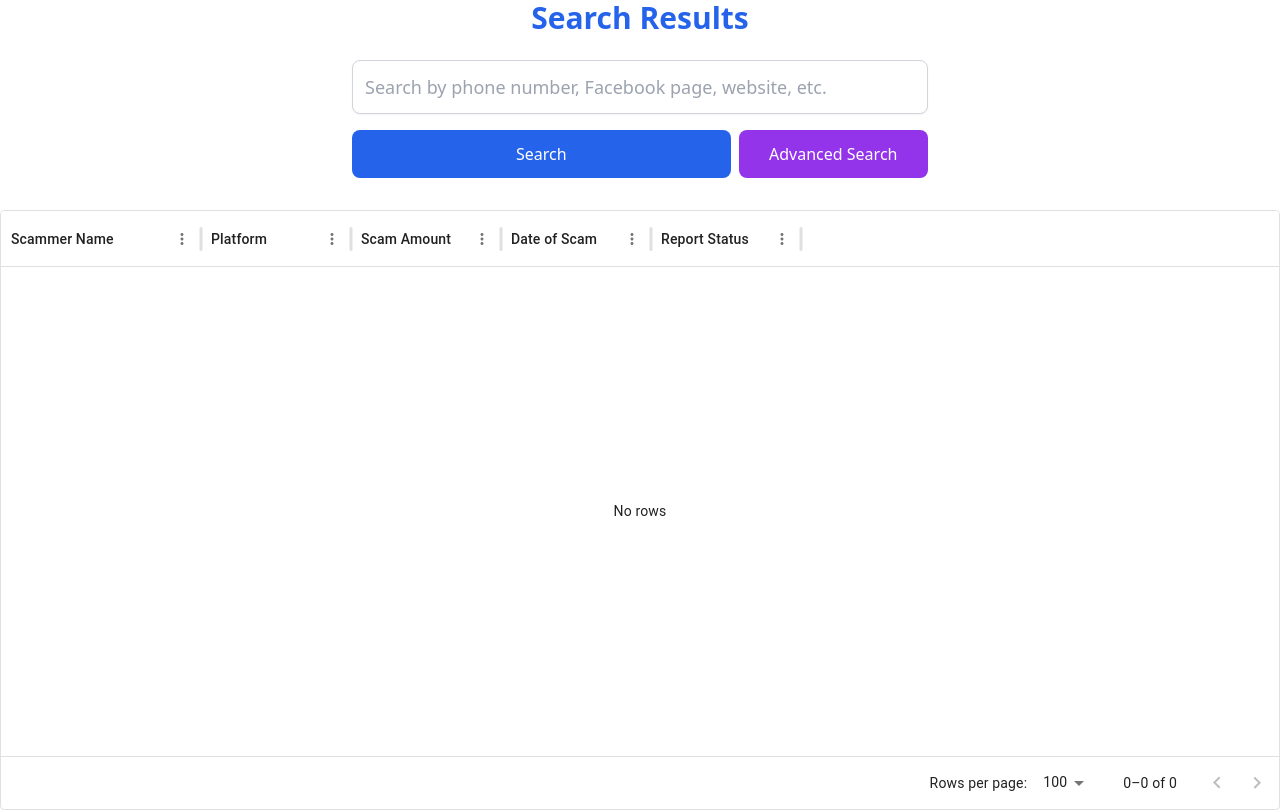
Repository: dev-athar/protarok
Page: /advanced-search
The author's editor kept a copy of each file at every save. The page is drawn from the files as they stood at one save, then again after the next save.
The browser window is 1280 px wide. The pictures show the whole page.
The project was rebuilt for these pictures with package versions that can differ from the ones it lists, and the page was loaded fresh each time. Also part of the build but not shown: vite.config.ts, src/pages/RecentScamsList.tsx, src/pages/HomePage.tsx, src/pages/SubmitScamPage.tsx, src/pages/ImageUploader.tsx, src/pages/SearchPage.tsx.

Above is the page before, as saved 2025-01-01 13:34:19.

### src/main.tsx
import { StrictMode } from "react";
import { createRoot } from "react-dom/client";
import "./index.css";
// import "./styles.css";
import App from "./App.tsx";

createRoot(document.getElementById("root")!).render(
  <StrictMode>
    <App />
  </StrictMode>
);

### src/App.tsx
// src/App.js
import { BrowserRouter as Router, Routes, Route } from "react-router-dom";
import HomePage from "./pages/HomePage";
import SubmitScamPage from "./pages/SubmitScamPage";
import ImageUploader from "./pages/ImageUploader";
import AdvancedSearchPage from "./pages/AdvancedSearchPage";
import SearchPage from "./pages/SearchPage";

function App() {
  return (
    <Router>
      <Routes>
        <Route path="/" element={<HomePage />} />
        <Route path="/search" element={<SearchPage />} />
        <Route path="/advanced-search" element={<AdvancedSearchPage />} />
        <Route path="/submit-scam" element={<SubmitScamPage />} />
        <Route path="/test" element={<ImageUploader />} />
      </Routes>
    </Router>
  );
}

export default App;

### src/pages/AdvancedSearchPage.tsx
//    scamProfileName: "Scammer1",
// platform: "Social Media",
// scamAmount: "$500",
// dateOfScam: "2024-12-20",
// reportStatus: "Pending",

import React, { useState, useEffect } from "react";
import { DataGrid } from "@mui/x-data-grid";
import { useLocation } from "react-router-dom";
import SearchBar from "./SearchBar";
import { supabase } from "../supabase"; // Ensure you have the supabase client setup

const AdvancedSearchPage = () => {
  const location = useLocation();
  const queryParams = new URLSearchParams(location.search);
  const initialSearchTerm = queryParams.get("query") || "";
  const [searchTerm, setSearchTerm] = useState(initialSearchTerm);
  const [searchResults, setSearchResults] = useState([]);
  const [loading, setLoading] = useState(false);

  useEffect(() => {
    const fetchSearchResults = async () => {
      if (searchTerm.trim() === "") {
        setSearchResults([]);
        return;
      }

      setLoading(true);

      try {
        const { data, error } = await supabase
          .from("scamReports")
          .select(
            "scamProfileName, platform, scamAmount, dateOfScam, reportStatus"
          )
          .ilike("scamProfileName", `%${searchTerm}%`);

        if (error) throw error;

        setSearchResults(data);
      } catch (error) {
        console.error("Error fetching search results:", error);
        setSearchResults([]);
      } finally {
        setLoading(false);
      }
    };

    fetchSearchResults();
  }, [searchTerm]);

  const handleSearch = (newSearchTerm) => {
    setSearchTerm(newSearchTerm);
  };

  const columns = [
    { field: "scamProfileName", headerName: "Scammer Name", width: 200 },
    { field: "platform", headerName: "Platform", width: 150 },
    { field: "scamAmount", headerName: "Scam Amount", width: 150 },
    { field: "dateOfScam", headerName: "Date of Scam", width: 150 },
    { field: "reportStatus", headerName: "Report Status", width: 150 },
  ];

  return (
    <div>
      <header className="text-center mb-6">
        <h1 className="text-3xl font-bold text-blue-600">Search Results</h1>
      </header>
      <SearchBar onSearch={handleSearch} initialQuery={searchTerm} />
      <div style={{ height: 600, width: "100%", backgroundColor: "white" }}>
        <DataGrid
          rows={searchResults}
          columns={columns}
          pageSize={5}
          rowsPerPageOptions={[5, 10, 20]}
          loading={loading}
          getRowId={(row) => row.scamProfileName}
          disableSelectionOnClick
        />
      </div>
    </div>
  );
};

export default AdvancedSearchPage;

### src/pages/SearchBar.tsx
// src/components/SearchBar.js
import { useState, useEffect } from "react";
import { useNavigate } from "react-router-dom";

function SearchBar({ initialQuery = "", onSearch }) {
  const [searchTerm, setSearchTerm] = useState(initialQuery);
  const navigate = useNavigate();

  useEffect(() => {
    setSearchTerm(initialQuery);
  }, [initialQuery]);

  const handleSearch = () => {
    if (searchTerm.trim() !== "") {
      navigate(`/search?query=${encodeURIComponent(searchTerm)}`);
      if (onSearch) onSearch(searchTerm);
    }
  };

  const handleAdvancedSearch = () => {
    if (searchTerm.trim() !== "") {
      navigate(`/advanced-search?query=${encodeURIComponent(searchTerm)}`);
      if (onSearch) onSearch(searchTerm);
    }
  };

  return (
    <div className="max-w-xl mx-auto mb-8">
      <input
        type="text"
        className="w-full p-3 text-lg border border-gray-300 rounded-lg shadow-sm focus:outline-none focus:ring-2 focus:ring-blue-500"
        placeholder="Search by phone number, Facebook page, website, etc."
        value={searchTerm}
        onChange={(e) => setSearchTerm(e.target.value)}
        onKeyDown={(e) => e.key === "Enter" && handleSearch()}
      />
      <div className="flex justify-between items-center mt-4">
        <button
          onClick={handleSearch}
          className="w-2/3 bg-blue-600 text-white py-3 px-4 rounded-lg hover:bg-blue-700 transition duration-300 mr-2"
        >
          Search
        </button>
        <button
          onClick={handleAdvancedSearch}
          className="w-1/3 bg-purple-600 text-white py-3 px-4 rounded-lg hover:bg-purple-700 transition duration-300"
        >
          Advanced Search
        </button>
      </div>
    </div>
  );
}

export default SearchBar;

### src/supabase.js
// src/supabase.js
import { createClient } from "@supabase/supabase-js";

// Replace with your Supabase project details
const SUPABASE_URL = "https://sifneaujnvssmmholqep.supabase.co";
const SUPABASE_ANON_KEY =
  "eyJhbGciOiJIUzI1NiIsInR5cCI6IkpXVCJ9.eyJpc3MiOiJzdXBhYmFzZSIsInJlZiI6InNpZm5lYXVqbnZzc21taG9scWVwIiwicm9sZSI6ImFub24iLCJpYXQiOjE3MzU1Nzg3OTYsImV4cCI6MjA1MTE1NDc5Nn0.zF7HMOg0-BrktsjLbYnVq5kqcp5-WHRwPWzEX9ggRew";

export const supabase = createClient(SUPABASE_URL, SUPABASE_ANON_KEY);

### tailwind.config.js
/** @type {import('tailwindcss').Config} */
// export default {
module.exports = {
  content: ["./index.html", "./src/**/*.{js,ts,jsx,tsx}"],
  theme: {
    extend: {},
  },
  plugins: [],
};

Loaded but not shown: index.html (common file); src/index.css (common file)

After the next save:
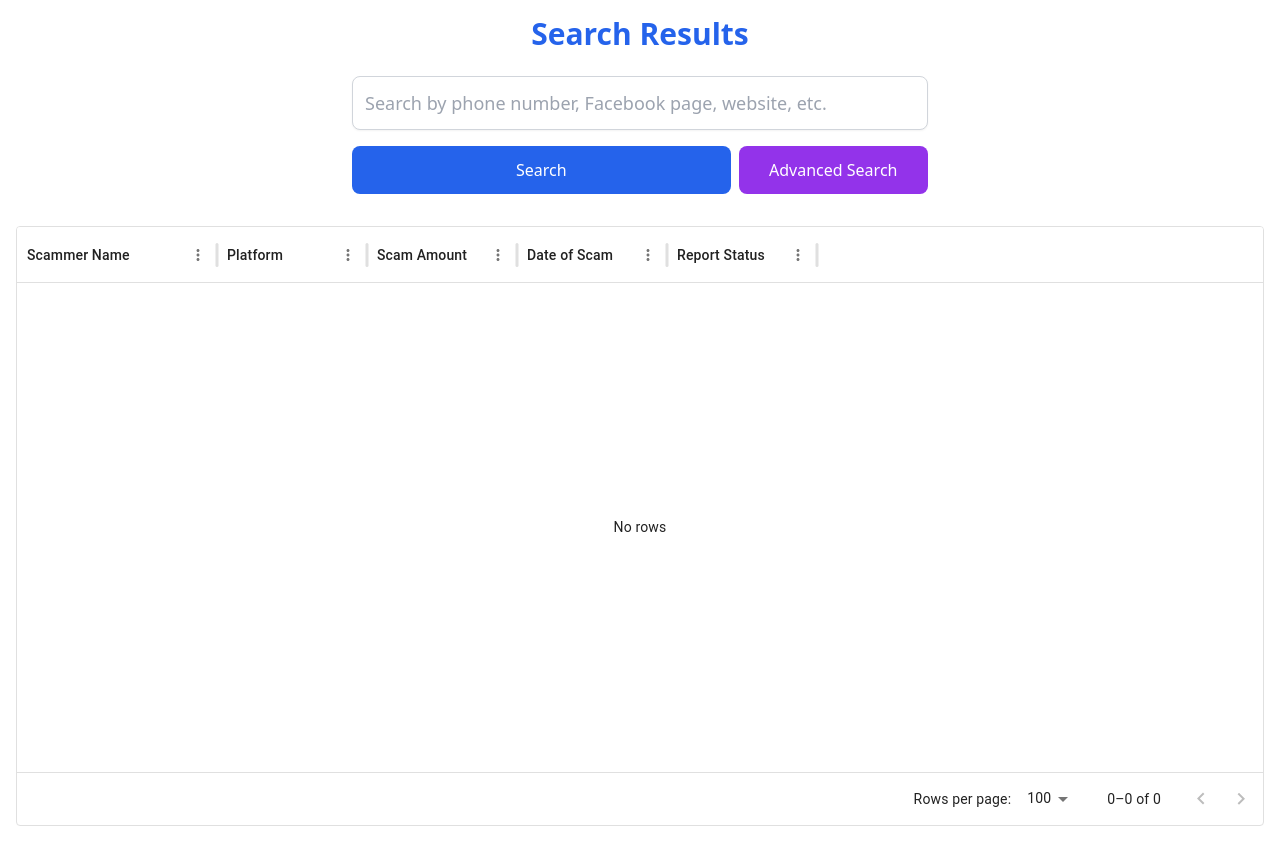
Saved 4 min 28 s later.
--- a/src/pages/AdvancedSearchPage.tsx
+++ b/src/pages/AdvancedSearchPage.tsx
@@ -62,7 +62,7 @@ const AdvancedSearchPage = () => {
   ];
 
   return (
-    <div>
+    <div className="p-4">
       <header className="text-center mb-6">
         <h1 className="text-3xl font-bold text-blue-600">Search Results</h1>
       </header>
